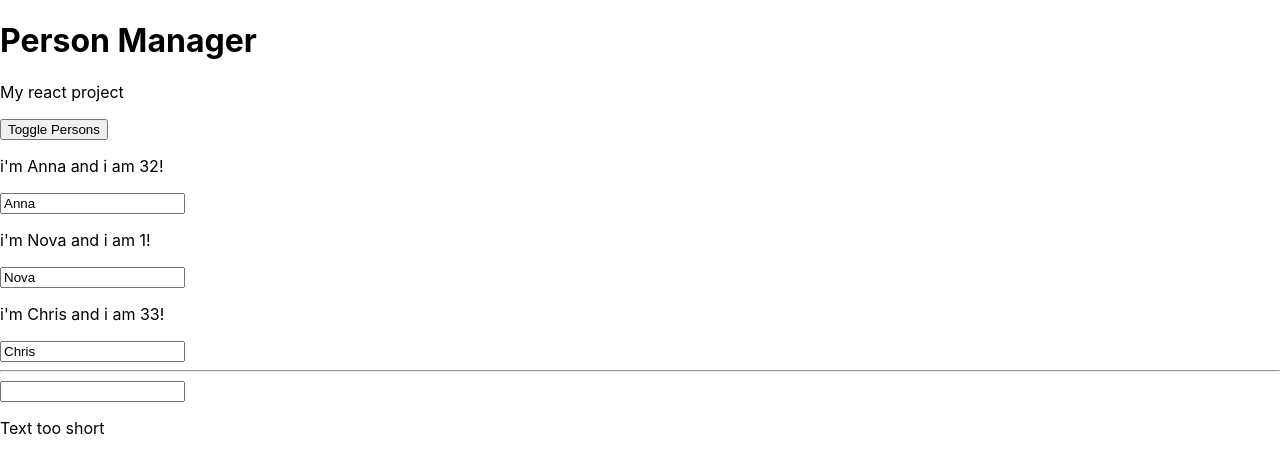
Repository: chrisbriz/myreactapp
Page: /, after clicking the first element matching `button`
These files come from the project's save history. The page is drawn as it stood at one moment and after the next save; the edit follows.
The browser window is 1280 px wide. The pictures show the whole page.
The project was rebuilt for these pictures with package versions that can differ from the ones it lists, and the page was loaded fresh each time. Also part of the build but not shown: src/Components/Cockpit/Cockpit.css.

Above is the page before, as saved 2019-02-12 10:10:50.

After the next save:
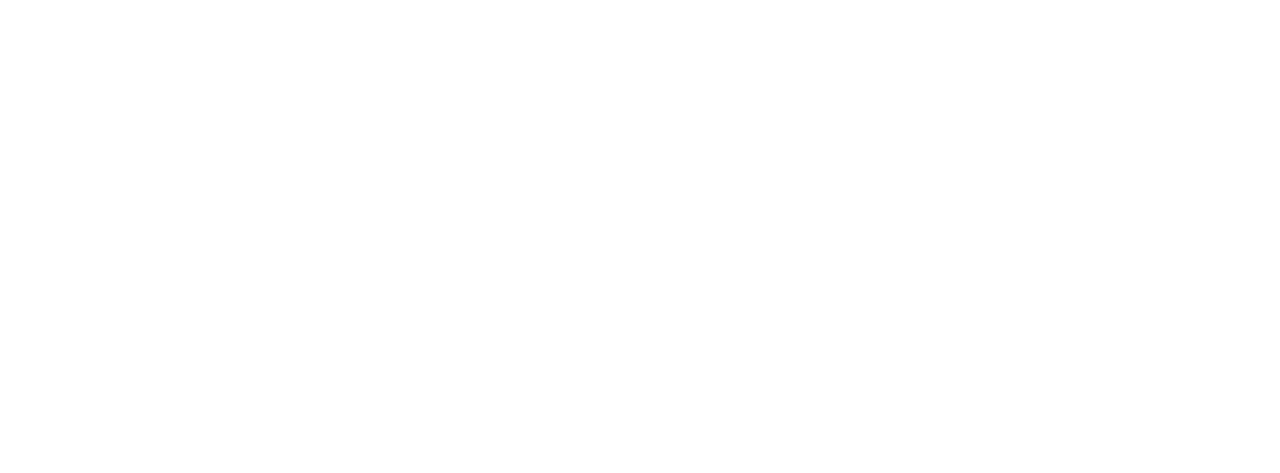
Console error: ReferenceError: person is not defined
Saved 5 min 50 s later.
--- a/src/Components/Persons/Person/Person.js
+++ b/src/Components/Persons/Person/Person.js
@@ -1,17 +1,19 @@
-import React from 'react';
+import React, { Component } from 'react';
 import classes from './Person.css';
 
 
 //props = properties on the element in app.js
-const person = (props) => {
-console.log('[Person.js] rendering...')
-  return (
-    <div className={classes.person} >
-      <p onClick={props.click}>i'm {props.name} and i am {props.age}!</p>
-      <p>{props.children}</p>
-      <input type="text" onChange={props.changed} value={props.name} />
-    </div>
-  )
-};
+class Person extends Component {
+  render() {
+    console.log('[Person.js] rendering...');
+    return (
+      <div className={classes.person} >
+        <p onClick={props.click}>i'm {props.name} and i am {props.age}!</p>
+        <p>{props.children}</p>
+        <input type="text" onChange={props.changed} value={props.name} />
+      </div>
+    )
+  }
+}
 
 export default person;

After the 5 saves that followed:
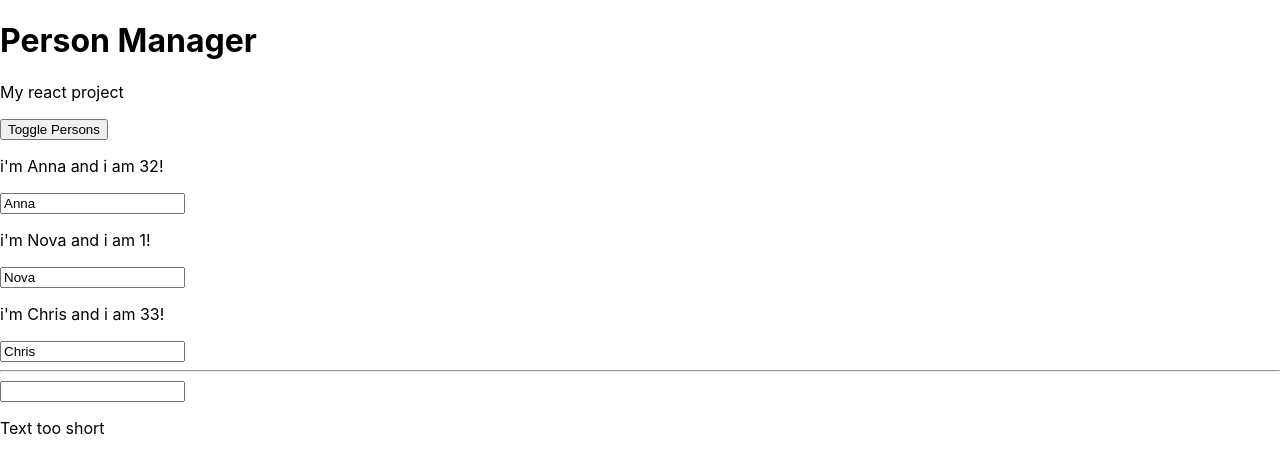
The error is gone.
The 5 saves are shown as one change because 4 left the picture as it was.
The last was saved 105 s later.
--- a/src/Components/Persons/Person/Person.js
+++ b/src/Components/Persons/Person/Person.js
@@ -8,12 +8,14 @@
     console.log('[Person.js] rendering...');
     return (
       <div className={classes.person} >
-        <p onClick={props.click}>i'm {props.name} and i am {props.age}!</p>
-        <p>{props.children}</p>
-        <input type="text" onChange={props.changed} value={props.name} />
+        <p onClick={this.props.click}>
+        i'm {this.props.name} and i am {this.props.age}!
+        </p>
+        <p>{this.props.children}</p>
+        <input type="text" onChange={this.props.changed} value={this.props.name} />
       </div>
     )
   }
 }
 
-export default person;
+export default Person;
